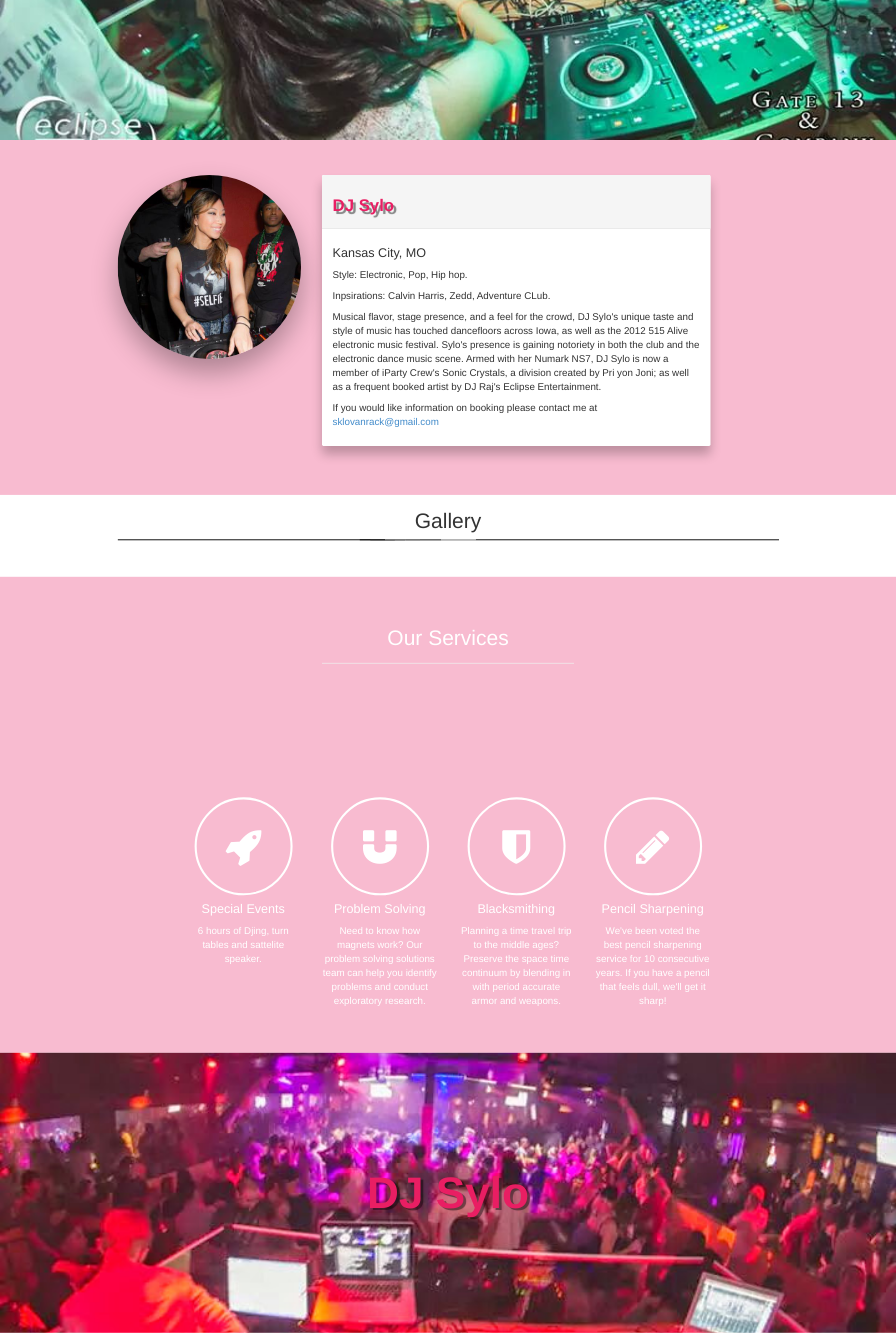
Repository: BambooXLotus/DjSylo
Page: client/index.html
The author's editor kept a record of every edit. The page is drawn from the files as they stood at one moment, then again after the next edit.
The browser window is 1280 px wide. The pictures show the part of the page from y = 520 to 2440 px (the page is 4656 px tall before and 4636 px after), at 70% of full size.
Pictures or frames that could not be fetched are drawn as grey boxes. Some icons come from a web library that is not loaded, so they are not drawn. Backgrounds fixed to the window are drawn as part of the page. Some web libraries are served in a nearby version.

Above is the page before.

After the next edit:
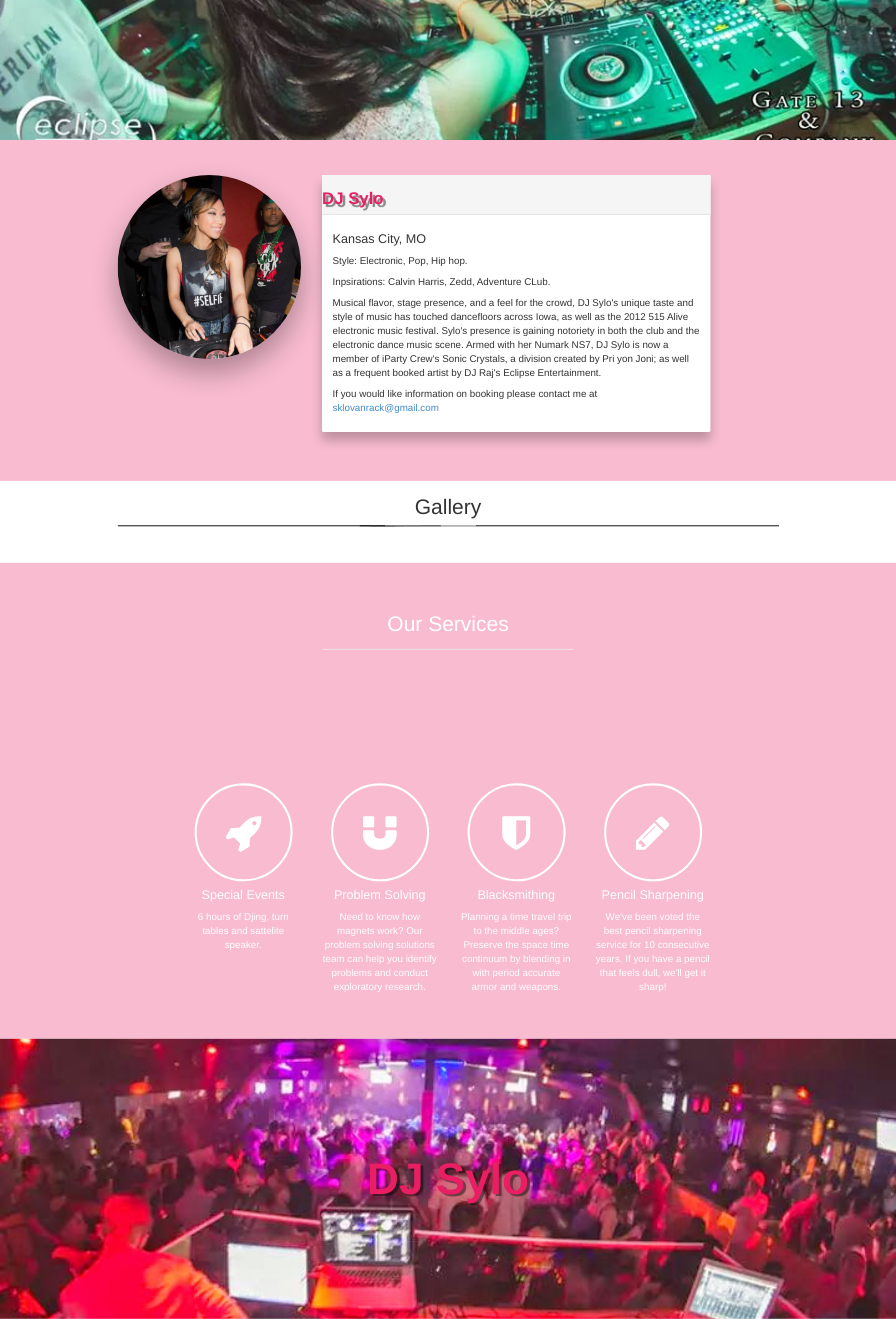
The edit:
--- a/client/css/stylish-portfolio.css
+++ b/client/css/stylish-portfolio.css
@@ -291,3 +291,16 @@
     -ms-transition: all .6s ease-in-out;
     transition: all .6s ease-in-out;
 }
+
+.panel-heading {
+    border-radius: 0;
+    background: #ffffff;
+    overflow: hidden;
+    padding: 0px;
+}
+
+.stickyBottom {
+    position: absolute;
+    bottom: 0;
+    left: 0;
+}
